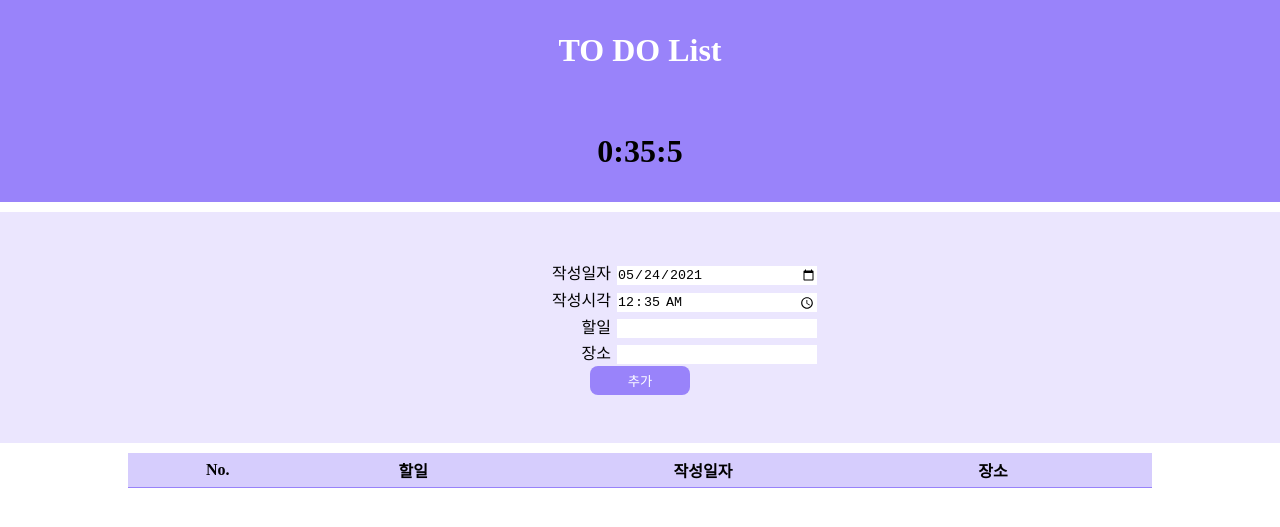
Repository: soyeon-noh/TodoList_Project
Page: http://localhost/Server_PR_TodoList/
The author's editor kept a copy of each file at every save. The page is drawn from the files as they stood at one save, then again after the next save.
The browser window is 1280 px wide. The pictures show the whole page.
The page is served by Tomcat 9. Queries for data that is not in the repository find no rows.

Above is the page before, as saved 2021-05-25 04:30:00.

After the next save:
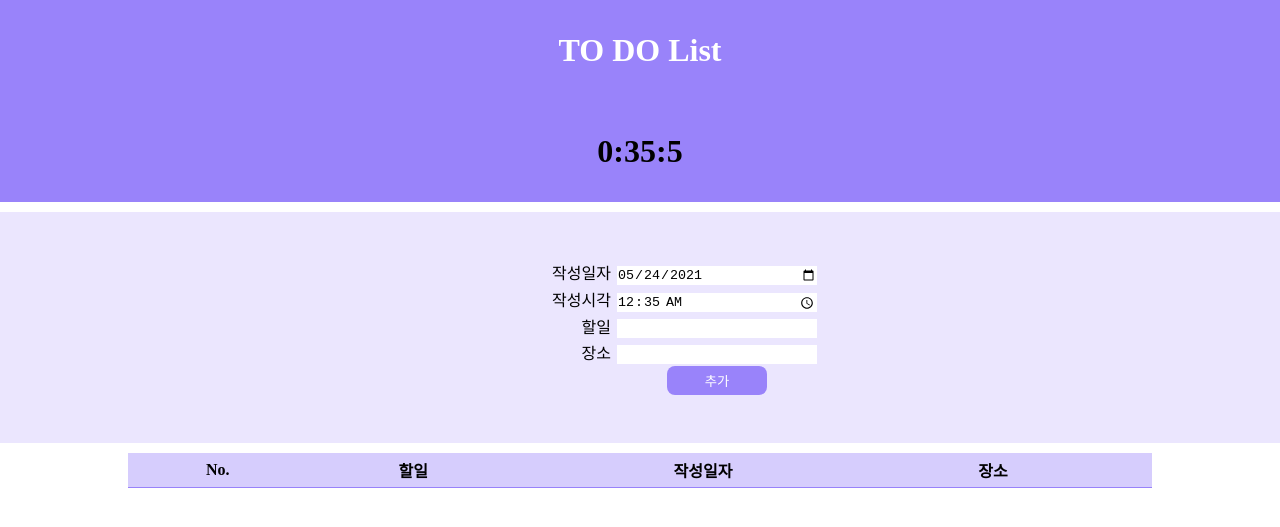
Saved 6 s later.
--- a/Server_PR_TodoList/src/main/webapp/WEB-INF/views/home.jsp
+++ b/Server_PR_TodoList/src/main/webapp/WEB-INF/views/home.jsp
@@ -44,7 +44,7 @@
     				type="text" value="${TD.td_place}">
     	</div>
     	<div>
-    		<lable></lable>
+    		<label></label>
    			<button class="btn_insert">추가</button>
    		</div>
     </form>
